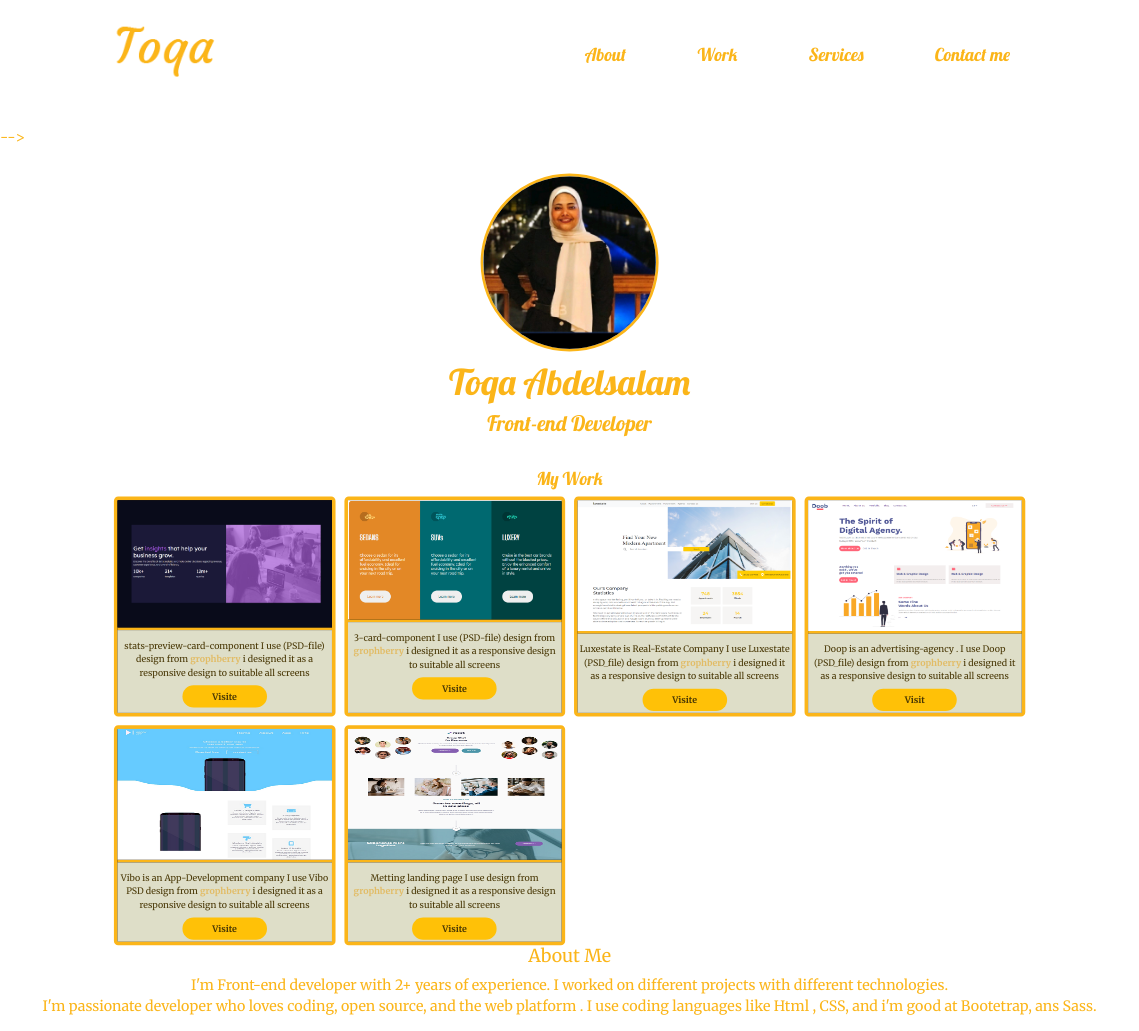
Repository: Toqa-25/portfolio
Page: index.html
The author's editor kept a copy of each file at every save. The page is drawn from the files as they stood at one save, then again after the next save.
The browser window is 1280 px wide. The pictures show the whole page, at 89% of full size.
Some web fonts or font styles are not loaded; a fallback is used.

Above is the page before, as saved 2021-10-31 17:58:32.

After the next save:
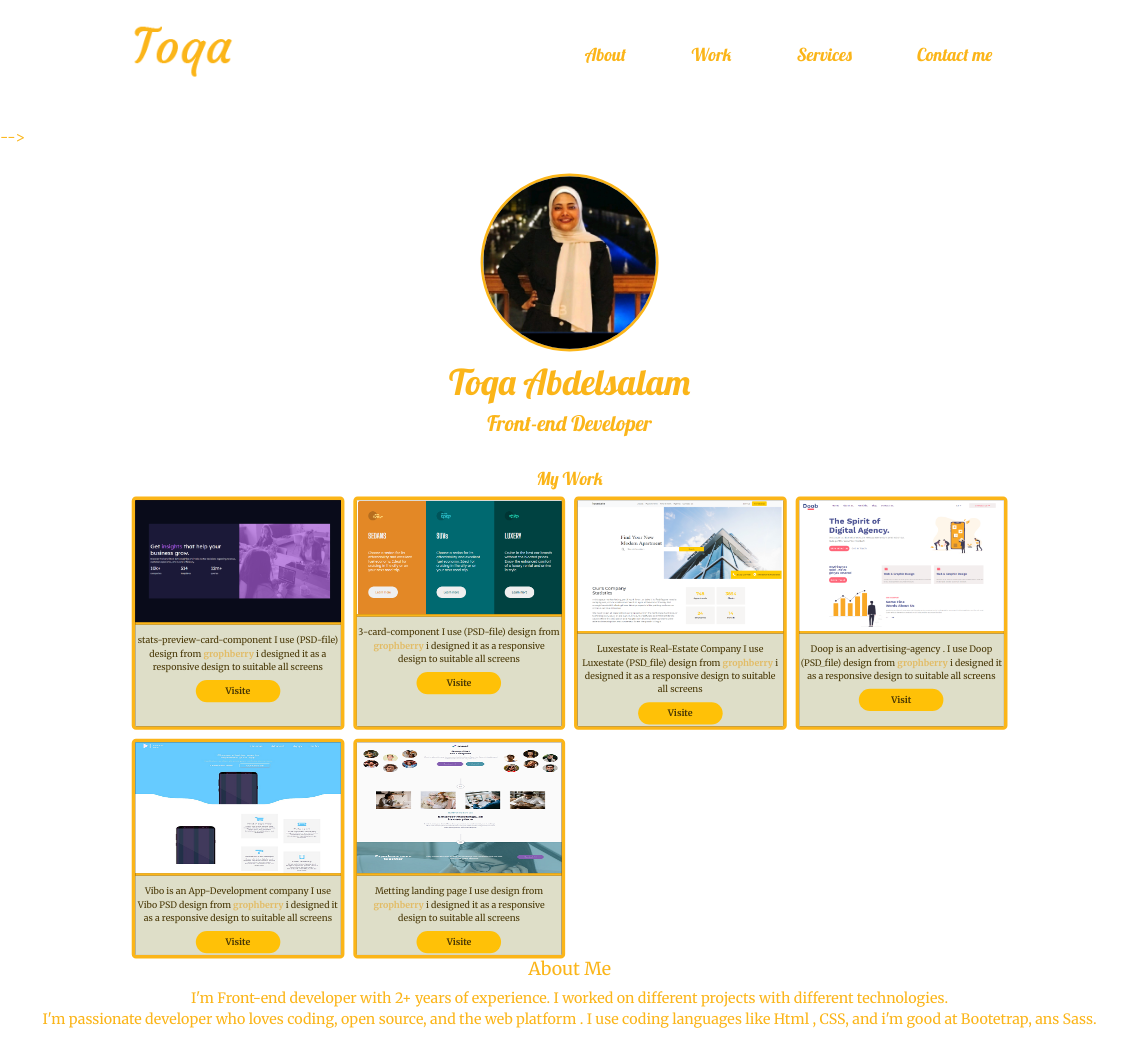
Saved 9 s later.
--- a/css/style.css
+++ b/css/style.css
@@ -22,7 +22,7 @@ body{
 {
   width: 80%;
   margin:auto;
-  padding: 0;
+  padding: 0 20px;
 }
  .pad h5{
     text-align: center;
